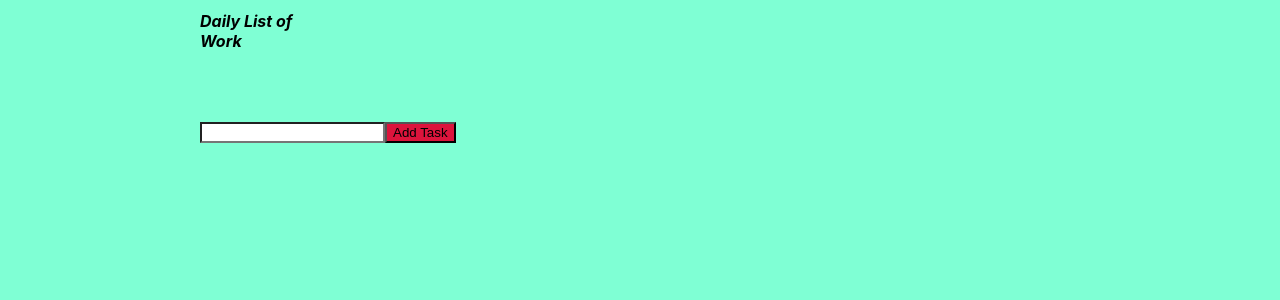
Repository: iamjayenmthakuri/todolist
Page: /
An editor plug-in stored every save of this project. The page is shown before and after the next save, followed by the edit.
The browser window is 1280 px wide. The pictures show the whole page.
The project was rebuilt for these pictures with package versions that can differ from the ones it lists, and the page was loaded fresh each time.

Above is the page before, as saved 2022-09-19 10:40:42.

After the next save:
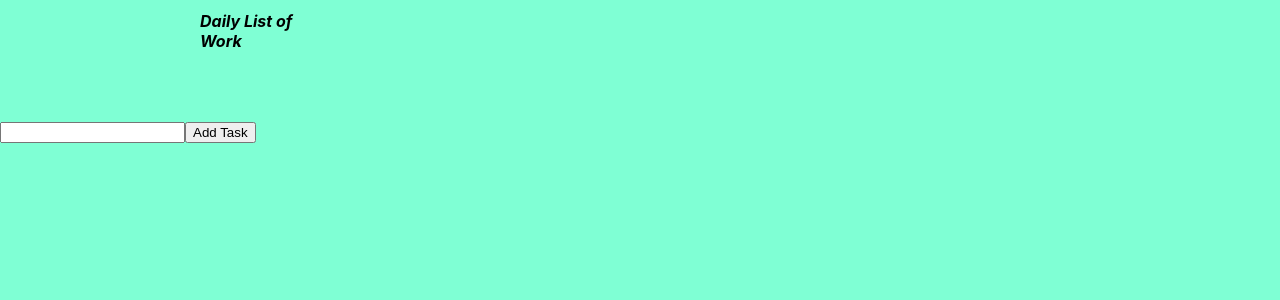
Saved 55 s later.
--- a/src/App.css
+++ b/src/App.css
@@ -12,38 +12,3 @@ body{
   font-style: italic;
   background-position: center;
   transform: translate(200px);
-}
-.container{
-  background-color: white;
-  height:max-content;
-  width:200px;
-  margin-bottom: auto;
-  margin-top: auto;
-}
-hig{
-  background-color: white;
-  margin-bottom: auto;
-  margin-top: auto;
-}
-
-
-.bt{
-  background-color: red;
-  height: min-content;
-  width: min-content;
-  margin: auto;
-  transform: translate(20px);
-  size: 5px;
-}
-.input{
-  background-color: white;
-  height: max-content;
-  width: max-content;
-  transform: translate(200px);
-}
-.button{
-  background-color:crimson;
-  height: max-content;
-  width: max-content;
-  transform: translate(200px);
-}
